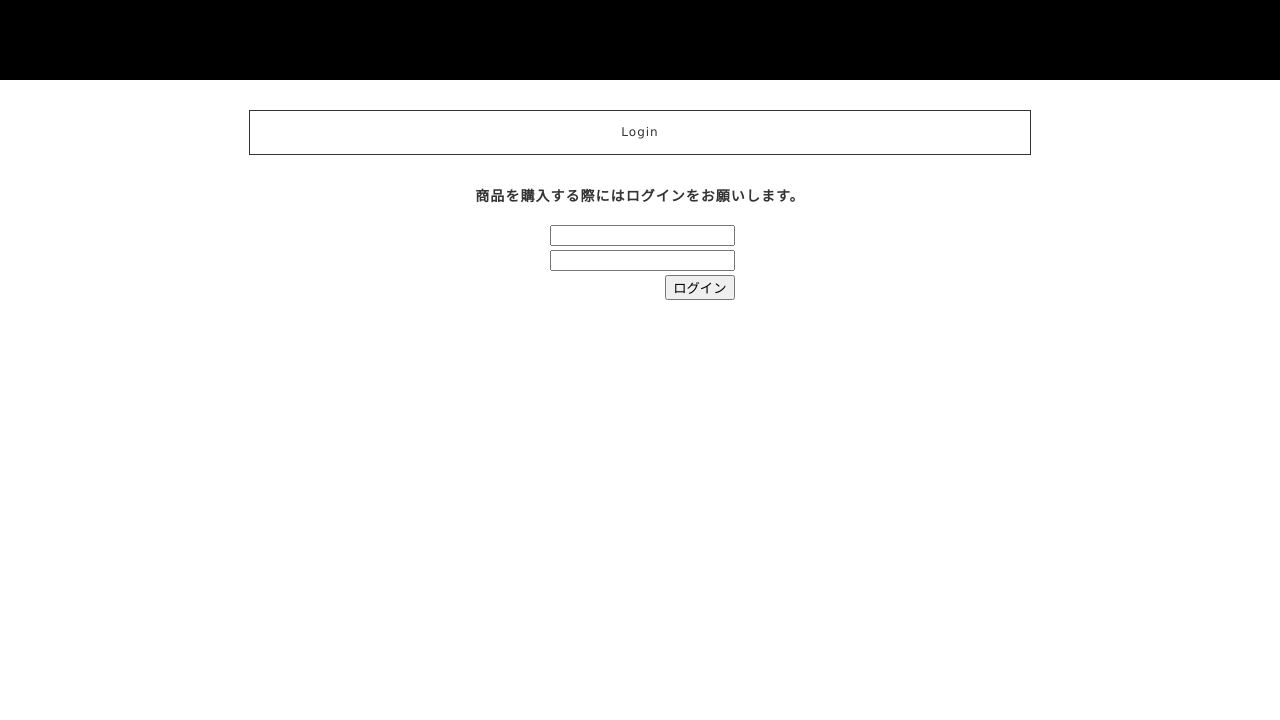
Repository: SNMAGNET/backup
Page: http://localhost/template/HomeAction.action
The author's editor kept a copy of each file at every save. The page is drawn from the files as they stood at one save, then again after the next save.
The browser window is 1280 px wide. The pictures show the whole page.
The page is served by Tomcat 9.

Above is the page before, as saved 2018-01-16 06:34:03.

After the next save:
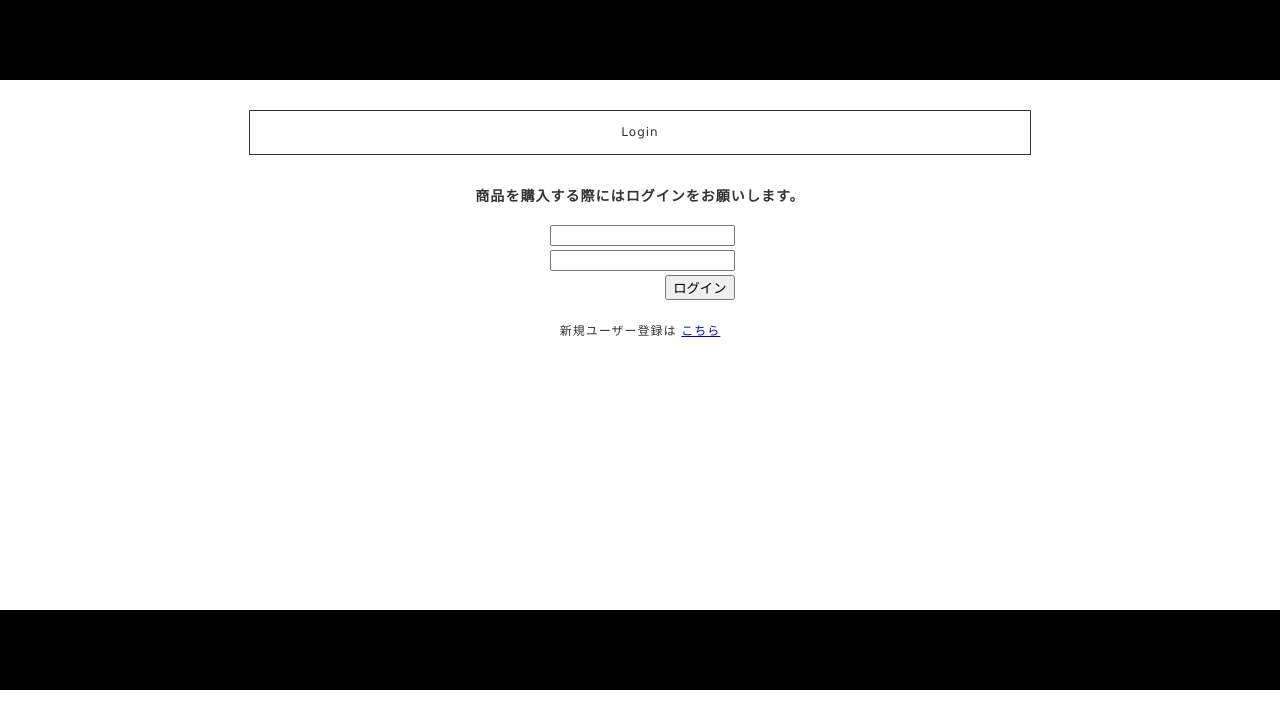
Saved 9 s later.
--- a/template/WebContent/login.jsp
+++ b/template/WebContent/login.jsp
@@ -79,3 +79,21 @@
 
 </s:form>
 <br/>
+<div>
+<span>新規ユーザー登録は
+<a href='<s:url action="UserCreateAction" />'>こちら</a>
+</span>
+</div>
+
+</div>
+
+</div>
+<div id="footer">
+
+<div id="pr">
+</div>
+
+</div>
+
+</body>
+</html>
